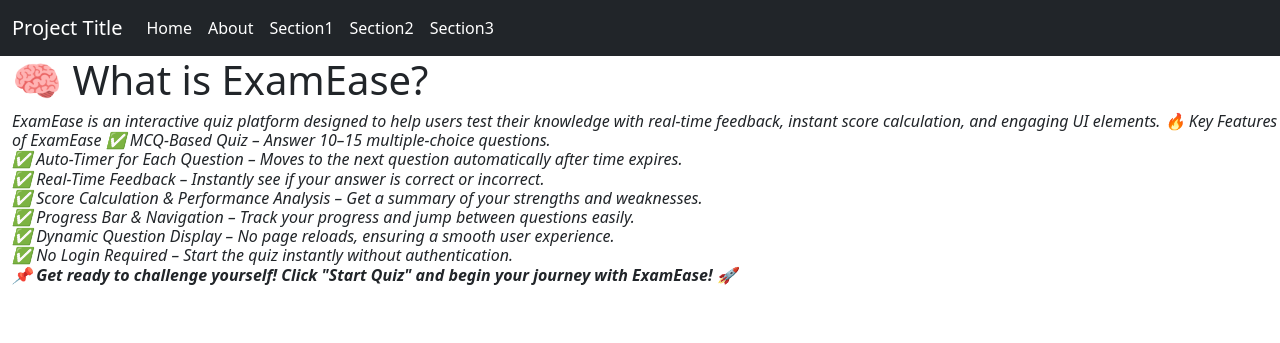
Repository: rahul-chakradhari/devquest
Page: /about (app in project/)
These files come from the project's save history. The page is drawn as it stood at one moment and after the next save; the edit follows.
The browser window is 1280 px wide. The pictures show the whole page.
The project was rebuilt for these pictures with package versions that can differ from the ones it lists, and the page was loaded fresh each time. Also part of the build but not shown: project/vite.config.js, project/src/components/Home.jsx, project/src/components/Section1.jsx, project/src/components/Section2.jsx, project/src/components/Section3.jsx, project/src/index.css.

Above is the page before, as saved 2025-02-23 13:02:35.

After the next save:
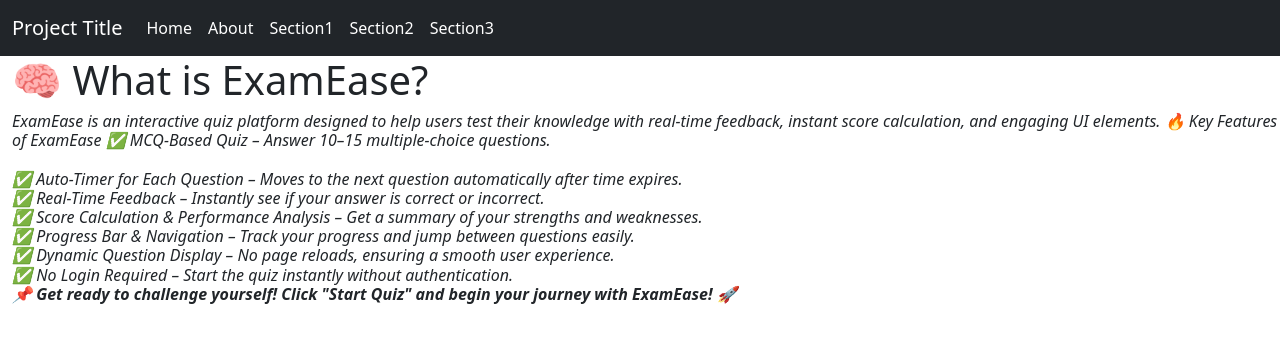
Saved 40 s later.
--- a/project/src/components/About.jsx
+++ b/project/src/components/About.jsx
@@ -9,15 +9,16 @@
           ExamEase is an interactive quiz platform designed to help users test
           their knowledge with real-time feedback, instant score calculation,
           and engaging UI elements. 🔥 Key Features of ExamEase ✅ MCQ-Based
-          Quiz – Answer 10–15 multiple-choice questions. <br /> ✅ Auto-Timer
-          for Each Question – Moves to the next question automatically after
-          time expires. <br />✅ Real-Time Feedback – Instantly see if your
-          answer is correct or incorrect. <br /> ✅ Score Calculation &
-          Performance Analysis – Get a summary of your strengths and weaknesses.{" "}
-          <br /> ✅ Progress Bar & Navigation – Track your progress and jump
-          between questions easily. <br /> ✅ Dynamic Question Display – No page
-          reloads, ensuring a smooth user experience. <br /> ✅ No Login
-          Required – Start the quiz instantly without authentication. <br />
+          Quiz – Answer 10–15 multiple-choice questions. <br /> <br /> ✅
+          Auto-Timer for Each Question – Moves to the next question
+          automatically after time expires. <br />✅ Real-Time Feedback –
+          Instantly see if your answer is correct or incorrect. <br /> ✅ Score
+          Calculation & Performance Analysis – Get a summary of your strengths
+          and weaknesses. <br /> ✅ Progress Bar & Navigation – Track your
+          progress and jump between questions easily. <br /> ✅ Dynamic Question
+          Display – No page reloads, ensuring a smooth user experience. <br />{" "}
+          ✅ No Login Required – Start the quiz instantly without
+          authentication. <br />
           <b>
             {" "}
             📌 Get ready to challenge yourself! Click "Start Quiz" and begin
